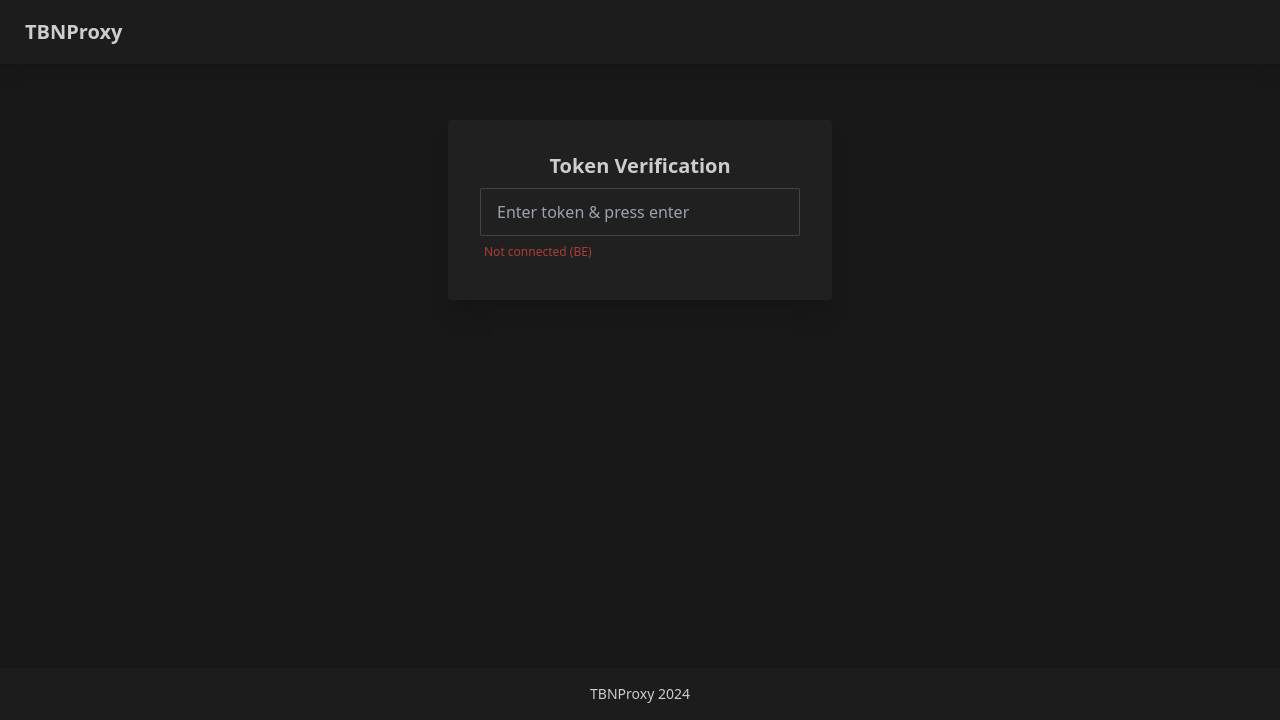
Repository: txdr/TBNProxyJS
Page: smdjd/desktop-views/index.html
These files come from the project's save history. The page is drawn as it stood at one moment and after the next save; the edit follows.
The browser window is 1280 px wide. The pictures show the whole page.
The page's requests for data from a server got no answer. Some web libraries are served in a nearby version.

Above is the page before, as saved 2025-01-07 16:47:59.
Console error: TypeError: Cannot read properties of undefined (reading 'value')

After the next save:
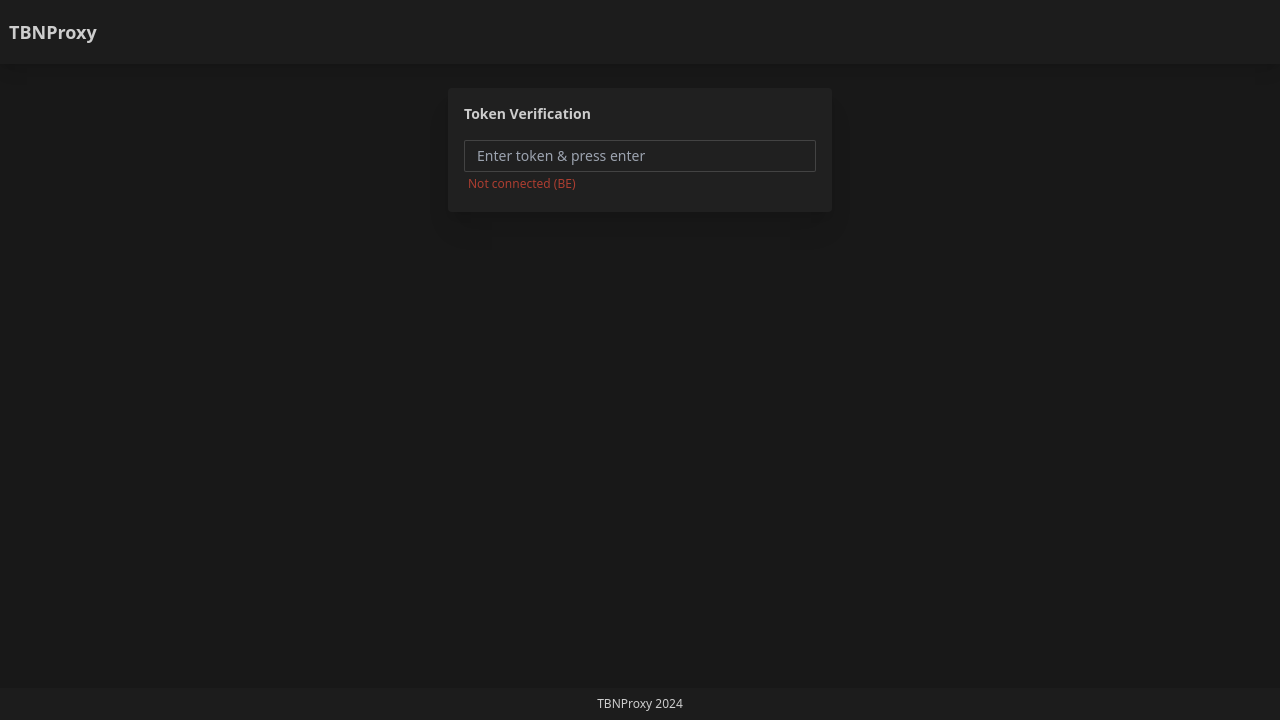
Saved 79 s later.
--- a/smdjd/desktop-views/index.html
+++ b/smdjd/desktop-views/index.html
@@ -10,22 +10,22 @@
 </head>
 
 <body class="min-h-screen bg-base-300">
-    <div class="navbar bg-base-200 shadow-lg">
+    <div class="navbar bg-base-200 shadow-lg h-12">
         <div class="flex-1">
-            <a class="btn btn-ghost text-xl">TBNProxy</a>
+            <a class="btn btn-ghost text-lg p-0">TBNProxy</a>
         </div>
     </div>
 
-    <div class="container mx-auto p-4">
+    <div class="container mx-auto p-2">
         <!-- Token Verification -->
-        <div id="token" class="card w-96 bg-base-100 shadow-xl mx-auto mt-10">
-            <div class="card-body items-center text-center">
-                <h2 class="card-title">Token Verification</h2>
+        <div id="token" class="card w-96 bg-base-100 shadow-xl mx-auto mt-4">
+            <div class="card-body p-4">
+                <h2 class="card-title text-sm mb-2">Token Verification</h2>
                 <div class="form-control w-full">
                     <input id="tokenInput" type="text" placeholder="Enter token & press enter"
-                           class="input input-bordered w-full" />
-                    <label id="verification-error" class="label">
-                        <span class="label-text-alt text-error">Not connected (BE)</span>
+                           class="input input-bordered input-sm w-full" />
+                    <label id="verification-error" class="label py-1">
+                        <span class="label-text-alt text-error text-xs">Not connected (BE)</span>
                     </label>
                 </div>
             </div>
@@ -33,18 +33,18 @@
 
         <!-- Main Dashboard -->
         <div id="home" class="hidden">
-            <div class="grid grid-cols-1 md:grid-cols-2 lg:grid-cols-3 gap-6 mt-8">
+            <div class="grid grid-cols-1 md:grid-cols-2 lg:grid-cols-3 gap-3 mt-4">
                 <!-- Proxy Card -->
                 <div id="proxy" class="card bg-base-100 shadow-xl">
-                    <div class="card-body">
-                        <h2 class="card-title">Proxy</h2>
-                        <div class="divider"></div>
+                    <div class="card-body p-4">
+                        <h2 class="card-title text-sm mb-1">Proxy</h2>
+                        <div class="divider my-1"></div>
                         <button id="proxyStart" onclick="proxyStart()"
-                                class="btn btn-neutral">Start Proxy</button>
-                        <div class="stats bg-base-200 shadow mt-4">
-                            <div class="stat">
-                                <div class="stat-title" id="serverInfo">Server Offline</div>
-                                <div class="stat-desc text-error" id="proxyStatus">Current Status: Offline</div>
+                                class="btn btn-neutral btn-sm">Start Proxy</button>
+                        <div class="stats bg-base-200 shadow mt-2 stats-sm">
+                            <div class="stat py-1">
+                                <div class="stat-title text-xs" id="serverInfo">Server Offline</div>
+                                <div class="stat-desc text-error text-xs" id="proxyStatus">Current Status: Offline</div>
                             </div>
                         </div>
                     </div>
@@ -52,46 +52,46 @@
 
                 <!-- Servers Card -->
                 <div id="servers" class="card bg-base-100 shadow-xl">
-                    <div class="card-body">
-                        <h2 class="card-title">Servers</h2>
-                        <div class="divider"></div>
+                    <div class="card-body p-4">
+                        <h2 class="card-title text-sm mb-1">Servers</h2>
+                        <div class="divider my-1"></div>
                         <div class="form-control">
-                            <label class="label">
-                                <span class="label-text">Add Server</span>
+                            <label class="label py-0">
+                                <span class="label-text text-xs">Add Server</span>
                             </label>
                             <input id="addServer" type="text" placeholder="Enter IP and press enter"
-                                   class="input input-bordered w-full" />
+                                   class="input input-bordered input-sm w-full" />
                         </div>
-                        <div class="form-control mt-4">
-                            <label class="label">
-                                <span class="label-text">Select Server</span>
+                        <div class="form-control mt-2">
+                            <label class="label py-0">
+                                <span class="label-text text-xs">Select Server</span>
                             </label>
-                            <select id="serverSelect" class="select select-bordered w-full">
+                            <select id="serverSelect" class="select select-bordered select-sm w-full">
                                 <option disabled selected>Pick a server</option>
                             </select>
                         </div>
-                        <button onclick="removeServer()" class="btn btn-error mt-4">Remove Server</button>
+                        <button onclick="removeServer()" class="btn btn-error btn-sm mt-2">Remove Server</button>
                     </div>
                 </div>
 
                 <!-- Authentication Card -->
                 <div id="authentication" class="card bg-base-100 shadow-xl">
-                    <div class="card-body">
-                        <h2 class="card-title">Authentication</h2>
-                        <div class="divider"></div>
-                        <div class="alert alert-error bg-opacity-20">
-                            <span id="authMessage">No Authentication Needed.</span>
+                    <div class="card-body p-4">
+                        <h2 class="card-title text-sm mb-1">Authentication</h2>
+                        <div class="divider my-1"></div>
+                        <div class="alert alert-error bg-opacity-20 py-2">
+                            <span id="authMessage" class="text-xs">No Authentication Needed.</span>
                         </div>
-                        <button id="openLink" class="btn btn-neutral mt-4">Open Link</button>
+                        <button id="openLink" class="btn btn-neutral btn-sm mt-2">Open Link</button>
                     </div>
                 </div>
             </div>
         </div>
     </div>
 
-    <footer class="footer footer-center p-4 bg-base-200 text-base-content fixed bottom-0">
+    <footer class="footer footer-center p-2 bg-base-200 text-base-content fixed bottom-0">
         <aside>
-            <p>TBNProxy 2024</p>
+            <p class="text-xs">TBNProxy 2024</p>
         </aside>
     </footer>
 
